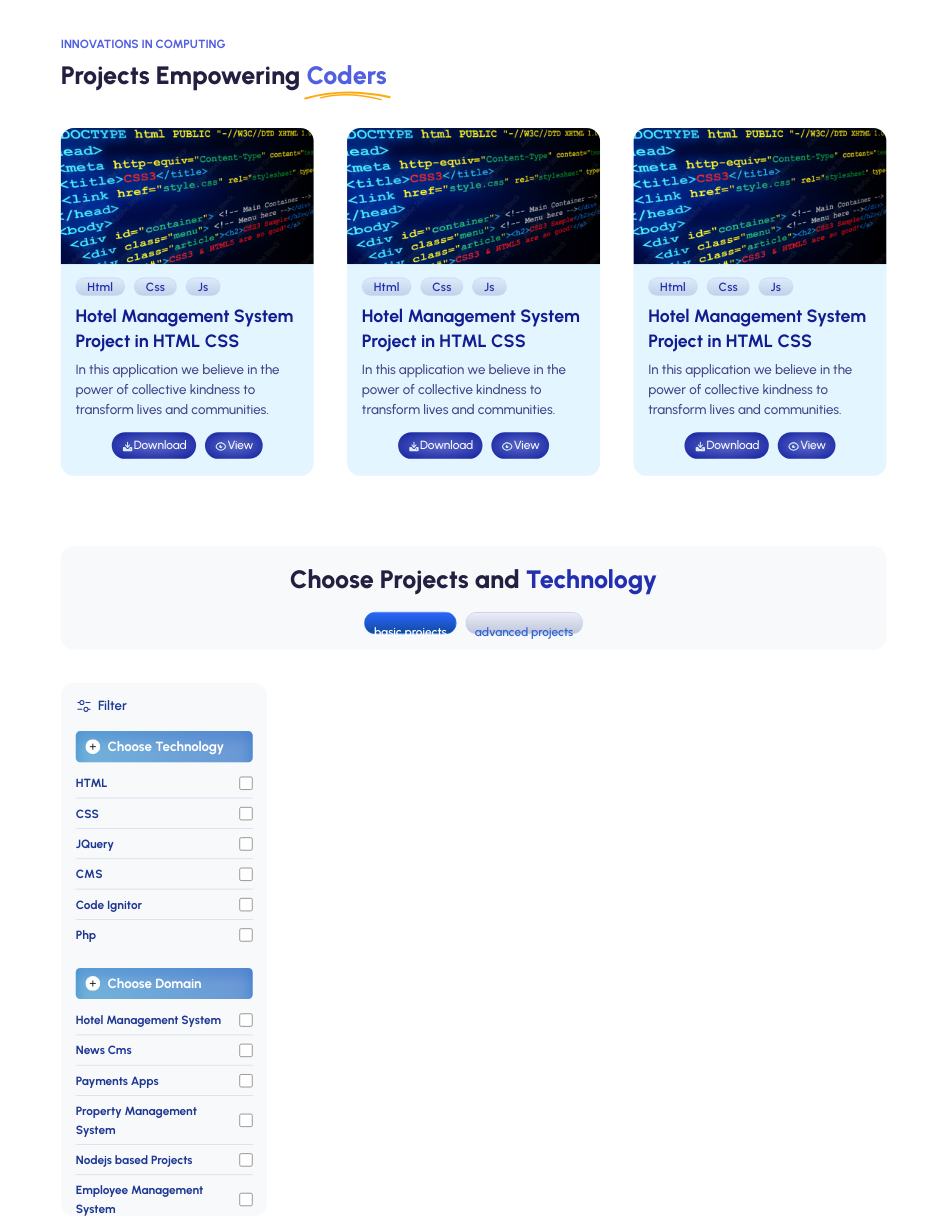
Repository: sharma171/jtccreativeideas
Page: /newsection (app in nextjssite/)
These files come from the project's save history. The page is drawn as it stood at one moment and after the next save; the edit follows.
The browser window is 1280 px wide. The pictures show the whole page, at 74% of full size.
The project was rebuilt for these pictures with package versions that can differ from the ones it lists, and the page was loaded fresh each time. The framework's server and built-in components were replaced by stand-ins that run in the browser. Also part of the build but not shown: nextjssite/next.config.mjs.

Above is the page before, as saved 2024-03-30 18:39:16.

After the next save:
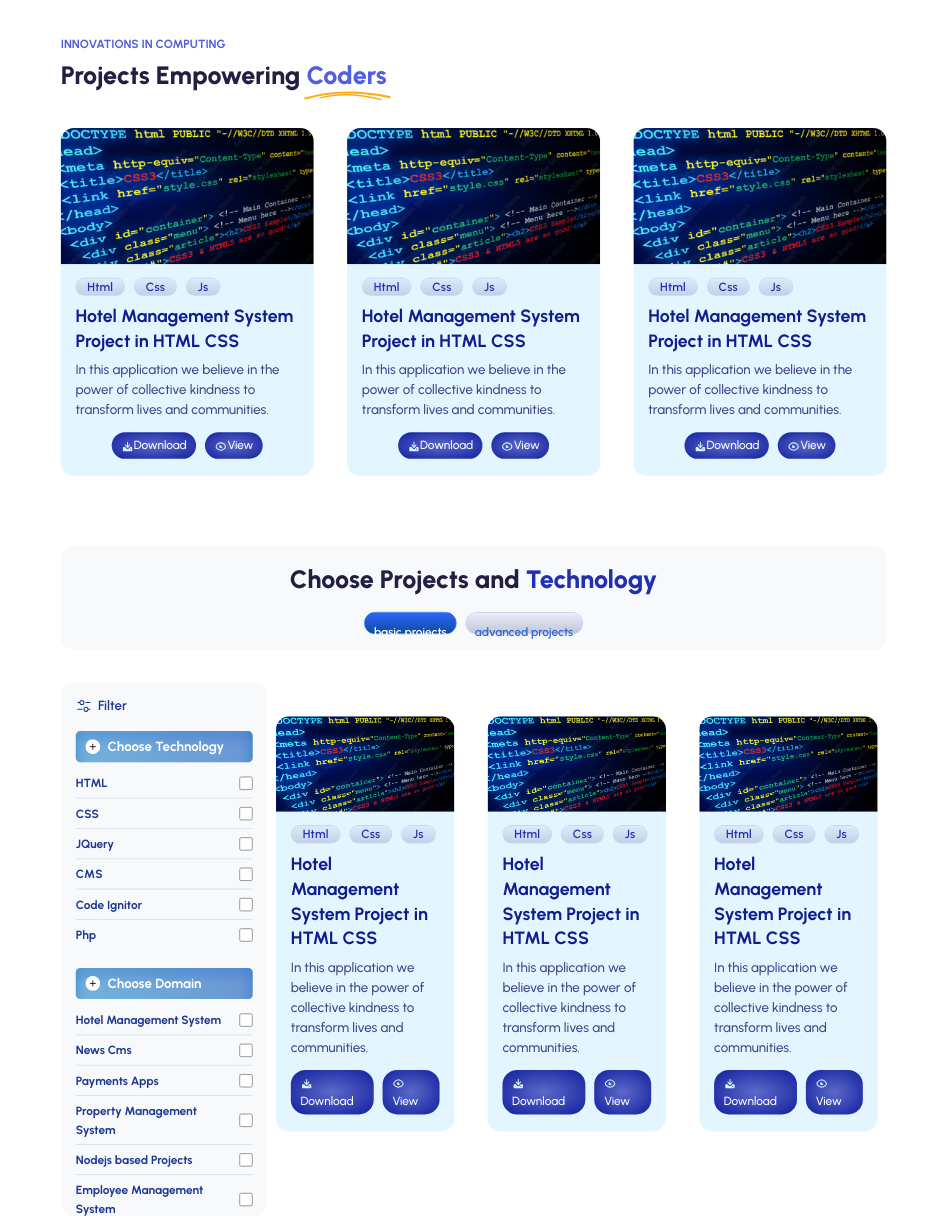
Saved 47 s later.
--- a/nextjssite/src/app/newsection/page.jsx
+++ b/nextjssite/src/app/newsection/page.jsx
@@ -167,7 +167,103 @@ const Page = () => {
                             <li><label htmlFor="checklist3">Employee Management System</label><input type="checkbox" id="checklist3" /></li>
                         </ul>
                     </div>
-                    <div class="col-md-9 ecom-content"></div>
+                    <div class="col-md-9 ecom-content">
+                    <ul className="project-cards">
+                    <li>
+
+                        <div className="card-inner">
+                            <Image src={Projimg1} alt="project" className="thumb"></Image>
+                            <div className="info">
+                                <div className="tech-info">
+                                    <span>Html</span>
+                                    <span>Css</span>
+                                    <span>Js</span>
+                                </div>
+                                <Link href="/newsection" className="text-link">
+                                    <h3 className="heading">
+                                        Hotel Management System Project in HTML CSS
+                                    </h3>
+                                </Link>
+                                <p className="cardpara">
+                                    In this application we believe in the power of collective kindness to transform lives and communities.
+                                </p>
+                                <div className="card-button">
+                                    <a href="" className="bot-button">
+                                        <Image src={Downloadicon} alt='icon'></Image>
+                                        Download
+                                    </a>
+                                    <a href="" className="bot-button">
+                                        <Image src={Viewicon} alt='icon'></Image>
+                                        View
+                                    </a>
+                                </div>
+                            </div>
+                        </div>
+                    </li>
+                    <li>
+
+                            <div className="card-inner">
+                                <Image src={Projimg1} alt="project" className="thumb"></Image>
+                                <div className="info">
+                                    <div className="tech-info">
+                                        <span>Html</span>
+                                        <span>Css</span>
+                                        <span>Js</span>
+                                    </div>
+                                    <Link href="/newsection" className="text-link">
+                                        <h3 className="heading">
+                                            Hotel Management System Project in HTML CSS
+                                        </h3>
+                                    </Link>
+                                    <p className="cardpara">
+                                        In this application we believe in the power of collective kindness to transform lives and communities.
+                                    </p>
+                                    <div className="card-button">
+                                        <a href="" className="bot-button">
+                                            <Image src={Downloadicon} alt='icon'></Image>
+                                            Download
+                                        </a>
+                                        <a href="" className="bot-button">
+                                            <Image src={Viewicon} alt='icon'></Image>
+                                            View
+                                        </a>
+                                    </div>
+                                </div>
+                            </div>
+                    </li>
+                    <li>
+
+                            <div className="card-inner">
+                                <Image src={Projimg1} alt="project" className="thumb"></Image>
+                                <div className="info">
+                                    <div className="tech-info">
+                                        <span>Html</span>
+                                        <span>Css</span>
+                                        <span>Js</span>
+                                    </div>
+                                    <Link href="/newsection" className="text-link">
+                                        <h3 className="heading">
+                                            Hotel Management System Project in HTML CSS
+                                        </h3>
+                                    </Link>
+                                    <p className="cardpara">
+                                        In this application we believe in the power of collective kindness to transform lives and communities.
+                                    </p>
+                                    <div className="card-button">
+                                        <a href="" className="bot-button">
+                                            <Image src={Downloadicon} alt='icon'></Image>
+                                            Download
+                                        </a>
+                                        <a href="" className="bot-button">
+                                            <Image src={Viewicon} alt='icon'></Image>
+                                            View
+                                        </a>
+                                    </div>
+                                </div>
+                            </div>
+                    </li>
+                </ul>
+                    </div>
                 </div>
             </div>
         </section>
